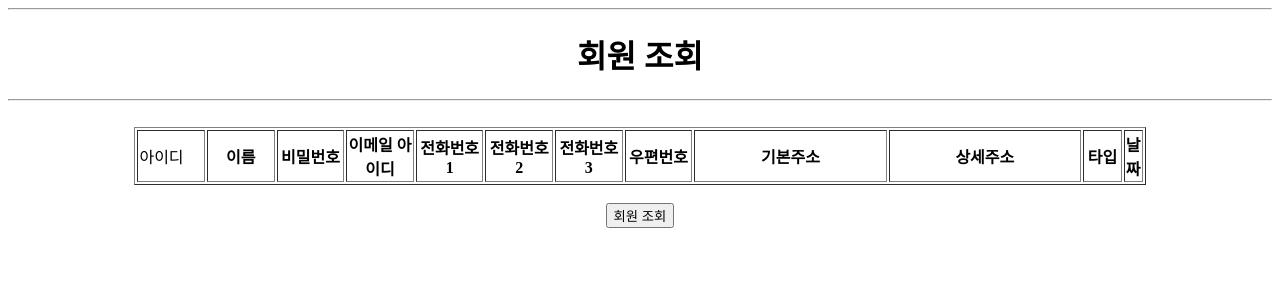
Repository: skim24245/web_workspace_src
Page: http://localhost/Mission-Web/jsp/board/memberlist.jsp
An editor plug-in stored every save of this project. The page is shown before and after the next save, followed by the edit.
The browser window is 1280 px wide. The pictures show the whole page.
The page is served by Tomcat 9. Other server files are loaded and not shown. Queries for data that is not in the repository find no rows.

Above is the page before, as saved 2022-06-03 02:23:21.

### Mission-Web/src/main/webapp/jsp/board/memberlist.jsp

<%@page import="kr.ac.kopo.util.JDBCClose"%>
<%@page import="java.sql.ResultSet"%>
<%@page import="java.sql.PreparedStatement"%>
<%@page import="java.sql.Connection"%>
<%@page import="kr.ac.kopo.util.ConnectionFactory"%>
<%@ page language="java" contentType="text/html; charset=UTF-8"
	pageEncoding="UTF-8"%>

<%--
작업 순서
1. t_board 테이블에서 전체게시글 조회
2. 조회된 게시물을 하나씩 웹브라우저 출력
--%>

<%
Connection conn = new ConnectionFactory().getConnection();
StringBuilder sql = new StringBuilder();
sql.append("SELECT ID, NAME , PASSWORD, EMAIL_ID, TEL1,TEL2,TEL3,POST,BASIC_ADDR,DETAIL_ADDR, TYPE, TO_CHAR(reg_date, 'yyyy-mm-dd')as reg_date ");

sql.append(" from T_MEMBER ");
sql.append(" order by ID desc");
PreparedStatement pstmt = conn.prepareStatement(sql.toString());
ResultSet rs = pstmt.executeQuery();
%>
<!DOCTYPE html>
<html>
<head>
<meta charset="UTF-8">
<title>회원 조회</title>
<script src="/Mission-Web/resource/js/jquery-3.6.0.min.js"></script>
<script>
</script>
</head>
<!-- http://localhost9999/Mission-Web/jsp/board/list.jsp -->
<body>

	<div align="center">
		<hr>
		<h1>회원 조회</h1>
		<hr>
		<br>
		<table border="1" style="width: 80%">
			<tr>
				<td width="7%">아이디</td>
				<th width="7%">이름</th>
				<th width="7%">비밀번호</th>
				<th width="7%">이메일 아이디</th>
				<th width="7%">전화번호1</th>
				<th width="7%">전화번호2</th>
				<th width="7%">전화번호3</th>
				<th width="7%">우편번호</th>
				<th width="20%">기본주소</th>
				<th width="20%">상세주소</th>
				<th width="7%">타입</th>
				<th width="7%">날짜</th>
			</tr>
			<%
			while(rs.next()){
				String ID = rs.getString("ID");
				String NAME = rs.getString("NAME");
				String PASSWORD =rs.getString("PASSWORD");
				String EMAIL_ID =rs.getString("EMAIL_ID");
				int TEL1 = rs.getInt("TEL1");
				int TEL2 =rs.getInt("TEL2");
				int TEL3 =rs.getInt("TEL3");
				String POST =rs.getString("POST");
				String BASIC_ADDR =rs.getString("BASIC_ADDR");
				String DETAIL_ADDR=rs.getString("DETAIL_ADDR");
				String TYPE=rs.getString("TYPE");
				String reg_date = rs.getString("reg_date");
			%>
			<tr>
				<td><%=ID %></td>
				<td><%=NAME %></td>
				<td><%=PASSWORD %></td>
				<td><%=EMAIL_ID %></td>
				<td><%=TEL1 %></td>
				<td><%=TEL2 %></td>
				<td><%=TEL3 %></td>
				<td><%=POST %></td>
				<td><%=BASIC_ADDR %></td>
				<td><%=DETAIL_ADDR %></td>
				<td><%=TYPE %></td>
				<td><%=reg_date %></td>
			</tr>

			<%
			}
			%>
		</table>
		<br>
		<button id="addBtn">회원 조회</button>

	</div>


</body>
</html>
<%
JDBCClose.close(pstmt, conn);
%>

### Mission-Web/src/main/java/kr/ac/kopo/util/ConnectionFactory.java
package kr.ac.kopo.util;

import java.sql.Connection;
import java.sql.DriverManager;

public class ConnectionFactory {

	public Connection getConnection() {

			Connection conn = null;

			try {
				Class.forName("oracle.jdbc.driver.OracleDriver");

				String url = "jdbc:oracle:thin:@192.168.119.119:1521:dink";
				String user = "scott";
				String password = "tiger";

				conn = DriverManager.getConnection(url, user, password);
			} catch (Exception e) {
				e.printStackTrace();
			}

			return conn;
		}
	}

### Mission-Web/src/main/java/kr/ac/kopo/util/JDBCClose.java
package kr.ac.kopo.util;

import java.sql.Connection;
import java.sql.SQLException;
import java.sql.Statement;

public class JDBCClose {

	public static void close(Statement stmt, Connection conn) {
		if (stmt != null) {
			try {
				stmt.close();
			} catch (SQLException e) {
				e.printStackTrace();
			}
		}
		if (conn != null) {
			try {
				conn.close();
			} catch (SQLException e) {
				e.printStackTrace();
			}
		}
	}
}

Loaded but not shown: Mission-Web/src/main/webapp/resource/js/jquery-3.6.0.min.js (library)

After the next save:
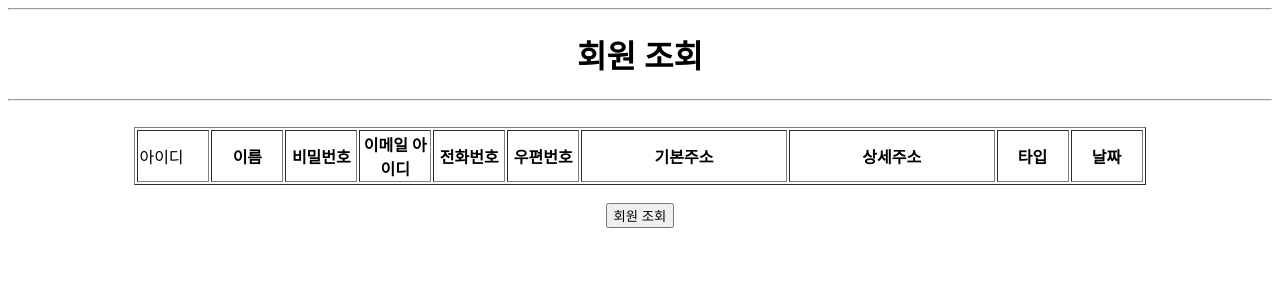
Saved 86 s later.
--- a/Mission-Web/src/main/webapp/jsp/board/memberlist.jsp
+++ b/Mission-Web/src/main/webapp/jsp/board/memberlist.jsp
@@ -46,9 +46,9 @@ ResultSet rs = pstmt.executeQuery();
 				<th width="7%">이름</th>
 				<th width="7%">비밀번호</th>
 				<th width="7%">이메일 아이디</th>
-				<th width="7%">전화번호1</th>
-				<th width="7%">전화번호2</th>
-				<th width="7%">전화번호3</th>
+				<th width="7%">전화번호</th>
+			<!-- 	<th width="7%">전화번호2</th>
+				<th width="7%">전화번호3</th> -->
 				<th width="7%">우편번호</th>
 				<th width="20%">기본주소</th>
 				<th width="20%">상세주소</th>
